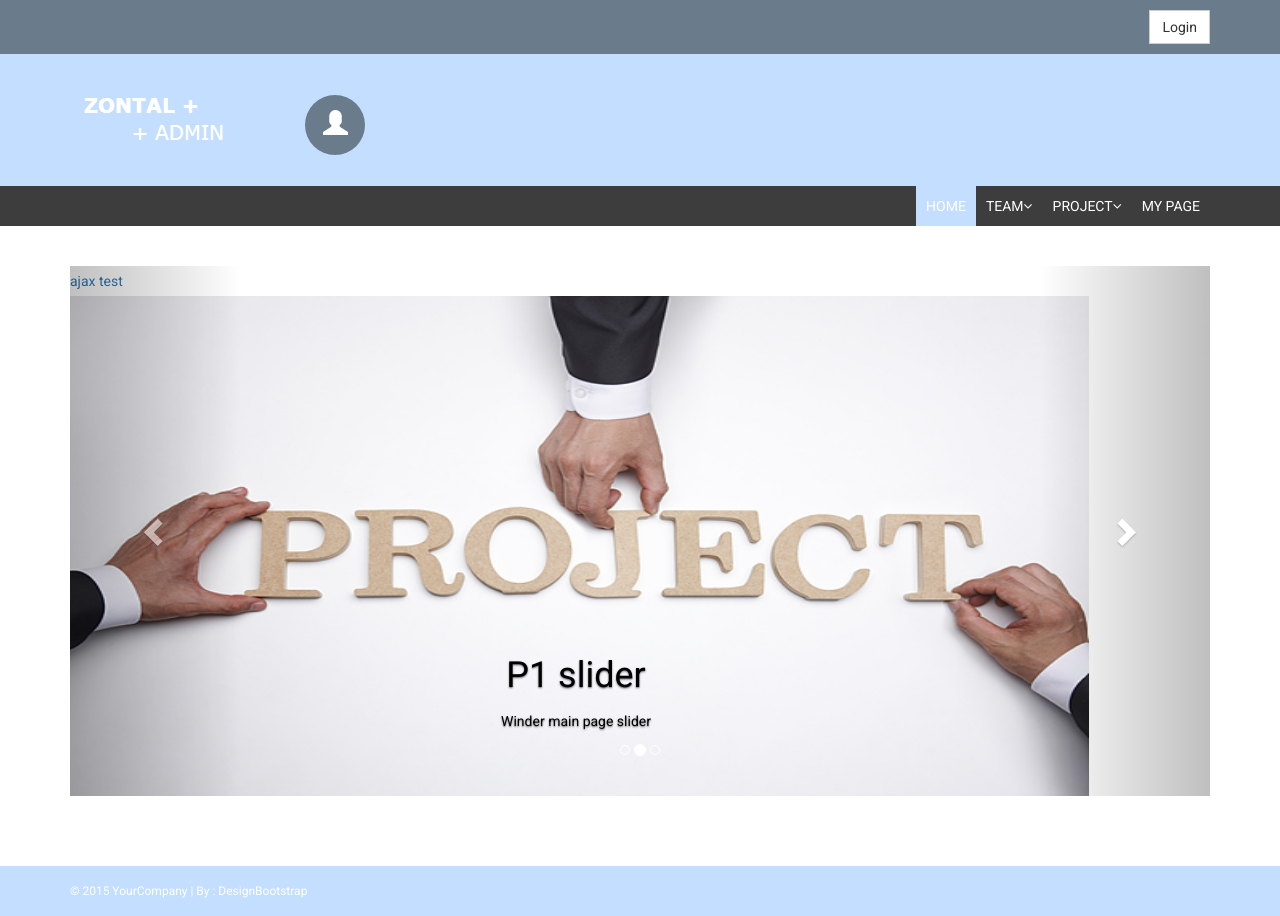
Repository: hwju91/skuniv
Page: http://localhost/0903.2/WEB-INF/jsp/index.jsp
An editor plug-in stored every save of this project. The page is shown before and after the next save, followed by the edit.
The browser window is 1280 px wide. The pictures show the whole page.
The page is served by Tomcat 9. Nobody is signed in. Other server files are loaded and not shown. The template is opened directly, without the code that normally fills it, so the values that code supplies are empty.

Above is the page before, as saved 2016-09-07 10:13:56.

### 0903.2/WebContent/WEB-INF/jsp/index.jsp
<%@ page language="java" contentType="text/html; charset=UTF-8"
	pageEncoding="UTF-8"%>
<jsp:include page="header_index.jsp" />
<jsp:include page="nav.jsp" />
<jsp:include page="menu_basic.jsp" />

<div id="myCarousel" class="carousel slide" data-ride="carousel">
    <!-- Indicators -->
    <ol class="carousel-indicators">
      <li data-target="#myCarousel" data-slide-to="0" class="active"></li>
      <li data-target="#myCarousel" data-slide-to="1"></li>
      <li data-target="#myCarousel" data-slide-to="2"></li>
    </ol>

	<a href="ajaxtest">ajax test</a>
    <!-- Wrapper for slides -->
    <div class="carousel-inner" role="listbox">

      <div class="item active">
        <img src="img/p01.jpg" alt="Chania" width="460" height="345">
        <div class="carousel-caption">
	          <div style="color:black;">
		          <h1>P1 slider</h1>
		          <p>Winder main page slider</p>
	        </div>
        </div>
      </div>

      <div class="item">
        <img src="img/p02.jpg" alt="Chania" width="460" height="345">
        <div class="carousel-caption">
	          <div style="color:white;">
		          <h1>P2 slider</h1>
		          <p>Winder main page slider</p>
	        </div>
        </div>
      </div>

      <div class="item">
        <img src="img/p03.jpg" alt="Chania" width="460" height="345">
        <div class="carousel-caption">
	          <div style="color:black;">
		          <h1>P3 slider</h1>
		          <p>Winder main page slider</p>
	        </div>
        </div>
      </div>

    </div>

    <!-- Left and right controls -->
    <a class="left carousel-control" href="#myCarousel" role="button" data-slide="prev">
      <span class="glyphicon glyphicon-chevron-left" aria-hidden="true"></span>
      <span class="sr-only">Previous</span>
    </a>

    <a class="right carousel-control" href="#myCarousel" role="button" data-slide="next">
      <span class="glyphicon glyphicon-chevron-right" aria-hidden="true"></span>
      <span class="sr-only">Next</span>
    </a>
  </div>

<jsp:include page="footer.jsp" />

### 0903.2/WebContent/WEB-INF/jsp/header_index.jsp
<%@ page language="java" contentType="text/html; charset=UTF-8"
    pageEncoding="UTF-8"%>
<!DOCTYPE html PUBLIC "-//W3C//DTD HTML 4.01 Transitional//EN" "http://www.w3.org/TR/html4/loose.dtd">
<html>
<head>
    <title>Winder</title>

    <link href="css/bootstrap.css" rel="stylesheet" />
    <link href="css/font-awesome.css" rel="stylesheet" />
    <link href="css/style.css" rel="stylesheet" />

	<style>
		.carousel-inner > .item > img,
		.carousel-inner > .item > a > img {
	      width: 90%;
	      height: 500px;
	      margin: auto;
	    }
	</style>

</head>
</head>

### 0903.2/WebContent/WEB-INF/jsp/nav.jsp
<%@ page language="java" contentType="text/html; charset=UTF-8"
    pageEncoding="UTF-8"%>
<body>
    <header>
        <div class="container">
            <div class="row">
                <div class="col-md-12">
                    <!-- <strong>Email: </strong>info@yourdomain.com
                    &nbsp;&nbsp;
                    <strong>Support: </strong>+90-897-678-44 -->
                    <%
                    if("loginok".equals((String)session.getAttribute("loginchk"))){
                    	%>
                    	<a class="btn btn-default" href="logout">Logout</a>
                    <%}
                    else{
                    %>
                    	<a class="btn btn-default" href="login">Login</a>
                    <% }%>

                </div>

            </div>
        </div>
    </header>
    <!-- HEADER END-->
    <div class="navbar navbar-inverse set-radius-zero">
        <div class="container">
            <div class="navbar-header">
                <button type="button" class="navbar-toggle" data-toggle="collapse" data-target=".navbar-collapse">
                    <span class="icon-bar"></span>
                    <span class="icon-bar"></span>
                    <span class="icon-bar"></span>
                </button>
                <a class="navbar-brand" href="index.html">
                    <img src="img/logo.png" />
                </a>

            </div>

            <div class="left-div">
                <div class="user-settings-wrapper">
                    <ul class="nav">

                        <li class="dropdown">
                            <a class="dropdown-toggle" data-toggle="dropdown" href="#" aria-expanded="false">
                                <span class="glyphicon glyphicon-user" style="font-size: 25px;"></span>
                            </a>
                            <div class="dropdown-menu dropdown-settings" style="color: #fff">
                                <div class="media">
                                    <a class="media-left" href="#">
                                        <img src="img/64-64.jpg" alt="" class="img-rounded" />
                                    </a>
                                    <div class="media-body">
                                        <h4 class="media-heading">Jhon Deo Alex </h4>
                                        <h5>Developer & Designer</h5>

                                    </div>
                                </div>
                                <hr />
                                <h5><strong>Personal Bio : </strong></h5>
                                Anim pariatur cliche reprehen derit.
                                <hr />
                                <a href="#" class="btn btn-info btn-sm">Full Profile</a>&nbsp; <a href="login.html" class="btn btn-danger btn-sm">Logout</a>

                            </div>
                        </li>


                    </ul>
                </div>
            </div>
        </div>
    </div>
    <!-- LOGO HEADER END-->

### 0903.2/WebContent/WEB-INF/jsp/menu_basic.jsp
<%@ page language="java" contentType="text/html; charset=UTF-8"
    pageEncoding="UTF-8"%>
<%@taglib prefix="c"  uri="http://java.sun.com/jsp/jstl/core" %>
<section class="menu-section">
        <div class="container">
            <div class="row">
                <div class="col-md-12">
                    <div class="navbar-collapse collapse ">
                        <ul id="menu-top" class="nav navbar-nav navbar-right">
                            <li><a class="menu-top-active" href="home">Home</a></li>
                            <li class="dropdown">
                                <a href="#" class="dropdown-toggle" data-toggle="dropdown">Team<i class="fa fa-angle-down"></i></a>
                                <ul class="dropdown-menu">
                                	<li><a href="teamList">팀 List</a></li>
                                    <li><a href="teamCreateform">팀 생성</a></li>
                                    <c:forEach items="${teammenu }" var="tmenu">
                                    <li><a href="projectlist?tno=${tmenu.tno }">${tmenu.name }</a></li>
                                    </c:forEach>
                                </ul>
                            </li>
                            <li class="dropdown">
                                <a href="#" class="dropdown-toggle" data-toggle="dropdown">Project<i class="fa fa-angle-down"></i></a>
                                <ul class="dropdown-menu">
                                    <li><a href="projectform">프로젝트 생성</a></li>
                                    <c:forEach items="${projectmenu }" var="pmenu">
                                    <li><a href="projectmain?pno=${pmenu.pno }">${pmenu.name }</a></li>
                                    </c:forEach>
                                </ul>
                            </li>
                             <li><a href="mypage">My Page</a></li>

                        </ul>
                    </div>
                </div>

            </div>
        </div>
    </section>
    <!-- MENU SECTION END-->
    <div class="content-wrapper">
        <div class="container">

### 0903.2/WebContent/WEB-INF/jsp/footer.jsp
<%@ page language="java" contentType="text/html; charset=UTF-8"
    pageEncoding="UTF-8"%>
 </div>
    </div>
    <!-- CONTENT-WRAPPER SECTION END-->
    <footer>
        <div class="container">
            <div class="row">
                <div class="col-md-12">
                    &copy; 2015 YourCompany | By : <a href="http://www.designbootstrap.com/" target="_blank">DesignBootstrap</a>
                </div>

            </div>
        </div>
    </footer>
    <!-- script -->
<script src="js/jquery-2.2.3.min.js"></script>
<script src="js/bootstrap.js"></script>
</body>
</html>

### 0903.2/WebContent/css/style.css

/*=============================================================
    Authour URL: www.designbootstrap.com

    http://www.designbootstrap.com/

    License: MIT

    http://opensource.org/licenses/MIT

    100% Free To use For Personal And Commercial Use.

    IN EXCHANGE JUST TELL PEOPLE ABOUT THIS WEBSITE

========================================================  */


/* =============================================================
   GENERAL STYLES
 ============================================================ */

@import url(http://fonts.googleapis.com/css?family=Roboto); /* FREE GOOGLE FONT */

body {
    font-family: 'Roboto', sans-serif;
    line-height: 30px;
}

.set-radius-zero {
    border-radius: 0px;
    -moz-border-radius: 0px;
    -webkit-border-radius: 0px;
}

.content-wrapper {
    margin-top: 40px;
    min-height: 600px;
    padding-bottom: 60px;
}

.page-head-line {
    font-weight: 900;
    padding-bottom: 20px;
    border-bottom: 2px solid #6A7B8B;
    text-transform: uppercase;
    color: #6A7B8B;
    font-size: 20px;
    margin-bottom: 40px;
}

.btn {
    border-radius: 0px;
    -webkit-border-radius: 0px;
    -moz-border-radius: 0px;
}

.progress {
    height: 8px;
    border-radius: 0px;
    -webkit-border-radius: 0px;
    -moz-border-radius: 0px;
}
.login-icon {
    height: 60px;
width: 60px;
padding: 13px;
border-radius: 50%;
font-size: 30px;
margin-bottom: 20px;
color: #fff;
text-align: center;
cursor:pointer;
background-color:#6A7B8B;
-webkit-border-radius:50%;
    -moz-border-radius:50%;
}
/* =============================================================
   HEADER SECTION STYLES
 ============================================================ */
header {
    background-color: #6A7B8B;
    color: #fff;
    padding: 10px;
    text-align: right;
}


/* =============================================================
   LOGO SECTION STYLES
 ============================================================ */
.left-div {
    padding-left: 30px;
    margin-top: 40px;
    margin-bottom: 30px;
}

.navbar-brand {
    width: 250px;
    padding-top: 30px;
}

/* USER SETTINGS DIV */
.user-settings-wrapper .nav > li > a {
    position: relative;
    display: block;
    padding: 15px 18px;
    border-radius: 50%;
    -webkit-border-radius: 50%;
    -moz-border-radius: 50%;
    height: 60px;
    width: 60px;
    background-color: #6A7B8B;
    color: #fff;
}

.user-settings-wrapper {
    margin-top: 10px;
}

    .user-settings-wrapper li {
        display: inline-block;
    }

    .user-settings-wrapper .dropdown-settings {
        width: 200px;
        padding: 10px;
    }

    .user-settings-wrapper .nav > li > a:hover,.user-settings-wrapper .nav > li > a:focus {
        text-decoration: none;
        background-color: #C4DEFF!important;
    }

    .user-settings-wrapper img {
        height: 64px;
        width: 64px;
        border: 1px solid #000000;
    }

    .user-settings-wrapper .dropdown-menu {
        margin: 0px;
        border-radius: 0px!important;
        -moz-border-radius: 0px!important;
        -webkit-border-radius: 0px!important;
    }

    .user-settings-wrapper .btn {
        border-radius: 0px!important;
        -moz-border-radius: 0px!important;
        -webkit-border-radius: 0px!important;
    }

    .user-settings-wrapper .media-heading {
        padding-top: 10px;
    }

/* MENU LINKS SECTION*/

.menu-section {
    background-color: #3D3D3D;
}

#menu-top a {
    color: #FFF;
    text-decoration: none;
    font-weight: 500;
    padding: 10px 10px 10px 10px;
    text-transform: uppercase;
}

.menu-top-active {
    background-color: #C4DEFF;
}

.menu-section .nav > li > a:hover,.menu-section .nav > li > a:focus {
    background-color: #6A7B8B!important;
}

.menu-section .dropdown-menu > li > a:hover,.menu-section .dropdown-menu > li > a:focus {
    background-color: #6A7B8B!important;
}

.navbar-inverse {
    background-color: #C4DEFF;
    border-color: transparent;
}

.navbar-toggle {
    background-color: #6A7B8B;
    border: 1px solid #fff;
}

.navbar {
    margin-bottom: 0px;
}
/* =============================================================
   FOOTER SECTION STYLES
 ============================================================ */
footer {
    padding: 10px;
    color: #fff;
    font-size: 12px;
    background-color: #C4DEFF;
}

    footer a, footer a:hover {
        color: #fff;
        text-decoration: none;
    }

/*==============================================
    DASHBOARD  STYLES
 =============================================*/

/* DASHBOARD ICONS */

.bk-clr-one {
    background-color: #B9B739;
}

.bk-clr-two {
    background-color: #F94C4C;
}

.bk-clr-three {
    background-color: #119c7e;
}

.bk-clr-four {
    background-color: #b739b9;
}

.dashboard-div-icon {
    height: 75px;
    width: 75px;
    border: 2px solid #fff;
    padding: 20px;
    border-radius: 50%;
    -webkit-border-radius:50%;
    -moz-border-radius:50%;
    font-size: 30px;
    margin-bottom: 20px;
    color: #fff;
}

.dashboard-div-wrapper {
    border-radius: 5px;
    text-align: center;
    padding: 15px;
    color: #fff;
    margin-bottom: 50px;
}

    .dashboard-div-wrapper .progress {
        height: 2px;
    }

/* NOTICE BOARD */


.notice-board .panel {
    border-radius: 0px;
    -webkit-border-radius: 0px;
    -moz-border-radius: 0px;
}

.notice-board ul {
    padding-left: 0px;
    list-style: none;
}

.notice-board li {
    padding: 10px;
    border-bottom: 1px solid #E5E5E5;
}

    .notice-board li span {
        margin-right: 10px;
        border: 1px solid #DBDBDB;
        padding: 5px;
    }

    .notice-board li a, li a:hover {
        text-decoration: none;
        color: #000;
    }

/* SOCIAL BUTTONS */
.btn-social {
    color: white;
    opacity: 0.8;
}

    .btn-social:hover {
        color: white;
        opacity: 1;
        text-decoration: none;
    }

.btn-facebook {
    background-color: #3b5998;
}

.btn-twitter {
    background-color: #00aced;
}

.btn-linkedin {
    background-color: #0e76a8;
}

.btn-google {
    background-color: #c32f10;
}

Loaded but not shown: 0903.2/WebContent/css/bootstrap.css (library); 0903.2/WebContent/css/font-awesome.css (library); 0903.2/WebContent/js/jquery-2.2.3.min.js (library); 0903.2/WebContent/js/bootstrap.js (library)

After the next save:
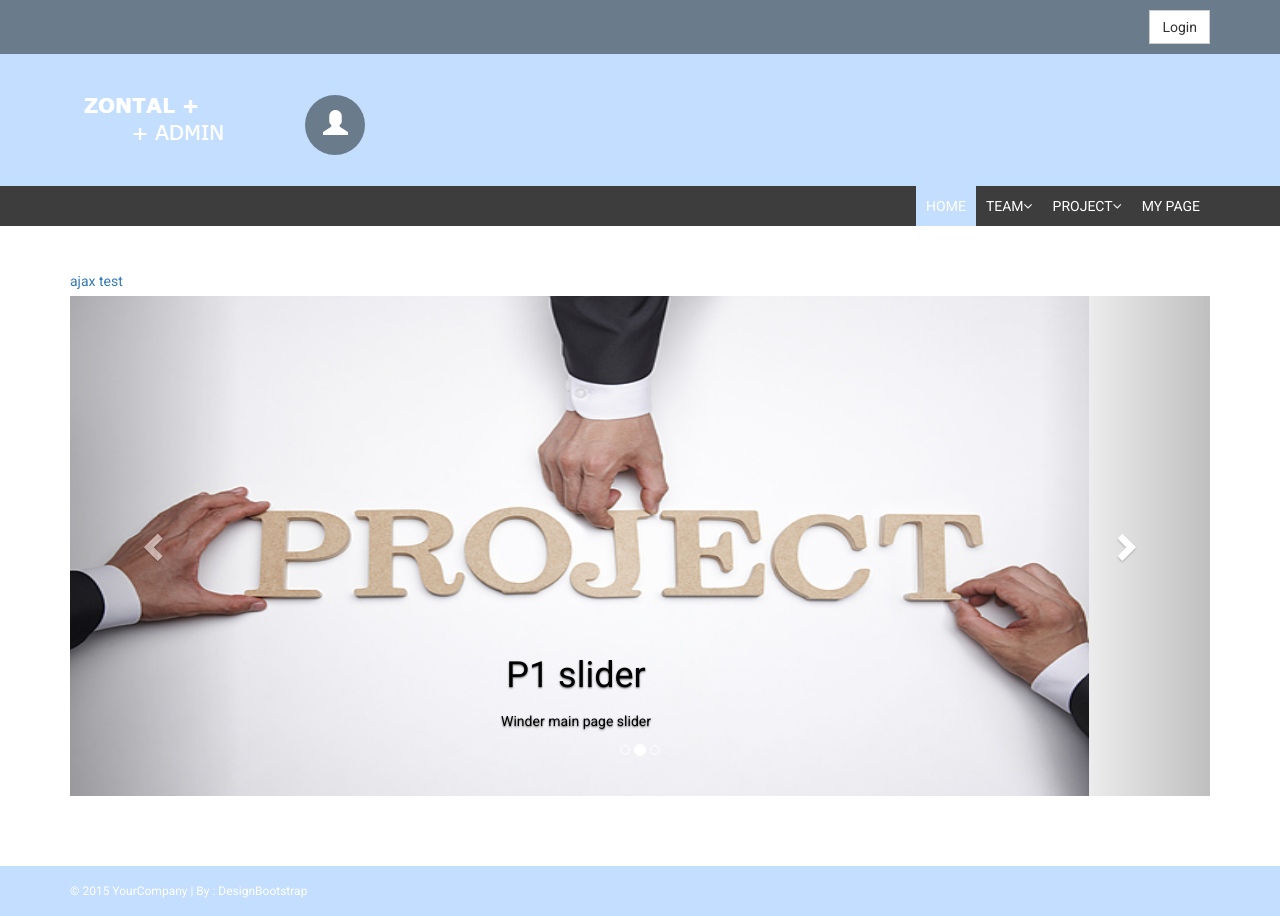
Saved 11 s later.
--- a/0903.2/WebContent/WEB-INF/jsp/index.jsp
+++ b/0903.2/WebContent/WEB-INF/jsp/index.jsp
@@ -4,6 +4,7 @@
 <jsp:include page="nav.jsp" />
 <jsp:include page="menu_basic.jsp" />
 
+<a href="ajaxtest">ajax test</a>
 <div id="myCarousel" class="carousel slide" data-ride="carousel">
     <!-- Indicators -->
     <ol class="carousel-indicators">
@@ -12,7 +13,7 @@
       <li data-target="#myCarousel" data-slide-to="2"></li>
     </ol>
 
-	<a href="ajaxtest">ajax test</a>
+
     <!-- Wrapper for slides -->
     <div class="carousel-inner" role="listbox">
 
